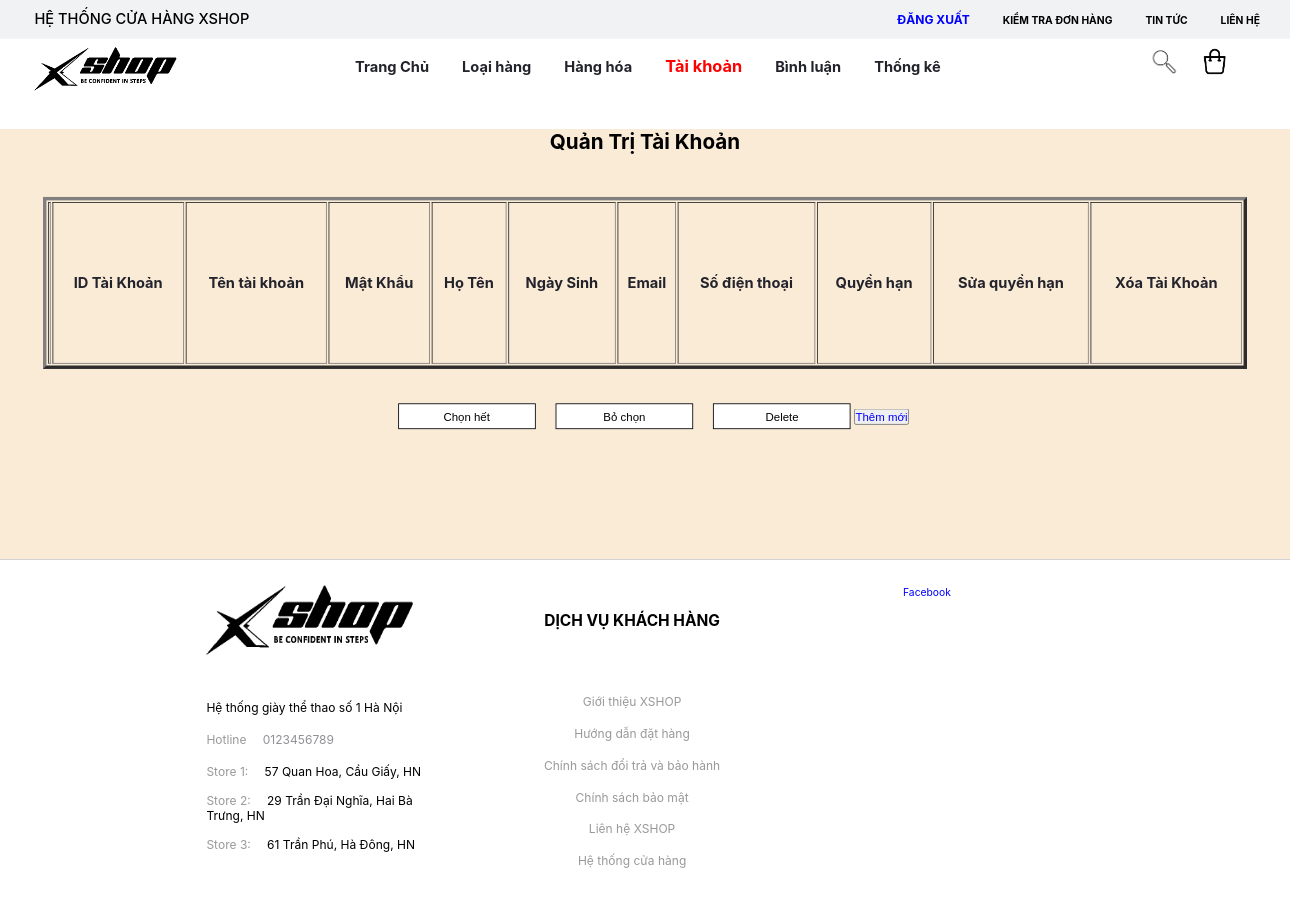
Repository: tienaq123/dam
Page: http://localhost/ass/ad/quantritaikhoan.php
An editor plug-in stored every save of this project. The page is shown before and after the next save, followed by the edit.
The browser window is 1280 px wide. The page is 1500 px wide, so the pictures cover 1500 px, including what lies to the right of the window. The pictures show the whole page, at 86% of full size.
The page is run by PHP 8.4 with error messages shown; the project is at /var/www/html/. Queries for data that is not in the repository find no rows.

Above is the page before, as saved 2021-10-22 05:21:55.

### ad/quantritaikhoan.php
<!DOCTYPE html>
<html lang="en">

<head>
    <meta charset="UTF-8">
    <meta http-equiv="X-UA-Compatible" content="IE=edge">
    <meta name="viewport" content="width=device-width, initial-scale=1.0">
    <title>Quản trị danh mục</title>
    <link rel="stylesheet" href="../css/qttk.css">
</head>

<body>
    <div id="wapper">

        <div id="topbar">
            <a href="#">
                <h2> HỆ THỐNG CỬA HÀNG XSHOP</h2>
            </a>
            <ul>
                <li><a class="active" style="color:blue; font-size: 14px;" href="../logout.php">ĐĂNG XUẤT</a></li>
                <li><a href="product.php">KIỂM TRA ĐƠN HÀNG</a></li>
                <li><a href="product.php">TIN TỨC</a></li>
                <li><a href="product.php">LIÊN HỆ</a></li>
            </ul>
        </div>
        <header id="header">
            <div id="logo">
                <a href="http://localhost/ass/"> <img src="../img/logo.png" alt="Logo"></a>
            </div>
            <div class="menu">
                <ul>
                    <li><a href="../home.php">Trang Chủ</a></li>
                    <li><a href="quantridanhmuc.php">Loại hàng</a></li>
                    <li><a href="quantrisanpham.php">Hàng hóa</a></li>
                    <li><a href="quantritaikhoan.php" style="color: red; font-size: 19px;">Tài khoản</a></li>
                    <li><a href="quantritaikhoan.php">Bình luận</a></li>
                    <li><a href="quantritaikhoan.php">Thống kê</a></li>
                    <div id="nav">
                        <a href="product.php"> <img src="../img/search.png" alt=""></a>
                        <a href="product.php"><img src="../img/giohang.png" alt=""></a>
                    </div>
                </ul>

            </div>

        </header>

        <!-- END HEADER -->

        <main>
            <h1>Quản Trị Tài Khoản</h1>
            <table border="4" style="text-align: center; margin: 50px 0 0 50px; min-width: 1400px;">
                <tr style="font-size: 17px; color:#23232c; font-weight:bold; margin:10px; min-width: 120px;">
                    <td></td>
                    <td>ID Tài Khoản</td>
                    <td>Tên tài khoản</td>
                    <td>Mật Khẩu</td>
                    <td>Họ Tên</td>
                    <td>Ngày Sinh</td>
                    <td>Email</td>
                    <td>Số điện thoại</td>
                    <td>Quyền hạn</td>
                    <td>Sửa quyền hạn</td>
                    <td>Xóa Tài Khoản</td>
                </tr>
                <?php
                include '../db.php';
                $sql = "select * from taikhoan";
                $kq = $conn->query($sql);
                foreach ($kq as $key => $rows) {
                ?>

                    <tr>
                    <td><input type='checkbox' name='name[]' id='check_all' value='' /></td>
                        <td style="font-weight: bold;"><?php echo $rows['id_tk'] ?></td>
                        <td><?php echo $rows['user'] ?></td>
                        <td><?php echo $rows['pass'] ?></td>
                        <td><?php echo $rows['hoten'] ?></td>
                        <td><?php echo $rows['namsinh'] ?></td>
                        <td><?php echo $rows['email'] ?></td>
                        <td><?php echo $rows['sdt'] ?></td>
                        <td><?php if ($rows['phanquyen'] == 1) {
                                echo "ADMIN";
                            } else {
                                echo "USER";
                            }
                            ?></td>
                        <td><a href="suataikhoan.php?masua=<?php echo $rows['id_tk'] ?>">Sửa quyền hạn</a></td>
                        <td><a onclick="return confirm('Bạn có muốn xóa tài khoản không!')" href="xoataikhoan.php?maxoa=<?php echo $rows['id_tk'] ?>">Xóa</a></td>
                    </tr>
                <?php }
                ?>
            </table>
            <input style="background-color: #fff; width: 160px; height: 30px; margin:40px 0px 20px 20px; border: 1px solid #000; cursor:pointer;" type="button" id="btn1" value="Chọn hết" />
            <input style="background-color: #fff; width: 160px; height: 30px; margin:40px 0px 20px 20px; border: 1px solid #000; cursor:pointer;" type="button" id="btn2" value="Bỏ chọn" />
            <input style="background-color: #fff; width: 160px; height: 30px; margin:40px 0px 20px 20px; border: 1px solid #000; cursor:pointer;" type="button" id="btn" value="Delete" />
            <button><a href="dangky.php">Thêm mới</a></button>
            <script language="javascript">
                // Chức năng chọn hết
                document.getElementById("btn1").onclick = function() {
                    // Lấy danh sách checkbox
                    var checkboxes = document.getElementsByName('name[]');

                    // Lặp và thiết lập checked
                    for (var i = 0; i < checkboxes.length; i++) {
                        checkboxes[i].checked = true;
                    }
                };

                // Chức năng bỏ chọn hết
                document.getElementById("btn2").onclick = function() {
                    // Lấy danh sách checkbox
                    var checkboxes = document.getElementsByName('name[]');

                    // Lặp và thiết lập Uncheck
                    for (var i = 0; i < checkboxes.length; i++) {
                        checkboxes[i].checked = false;
                    }
                };
            </script>
        </main>

        <!-- END MAIN -->

        <footer id="footer">
            <div id="logo_footer">
                <a href="#"><img src="../img/logo.png" alt=""></a>
                <p>Hệ thống giày thể thao số 1 Hà Nội</p>
                <p class="hotline"><span>Hotline</span> <a href="#">0123456789</a></p>
                <p><span>Store 1:</span> 57 Quan Hoa, Cầu Giấy, HN <br> <br> <span>Store 2:</span> 29 Trần Đại Nghĩa,
                    Hai Bà Trưng, HN <br> <br><span>Store 3:</span> 61
                    Trần Phú, Hà Đông, HN <br> <br> </p>
            </div>
            <div id="dichvu">
                <h2>DỊCH VỤ KHÁCH HÀNG</h2>
                <p><a href="#">Giới thiệu XSHOP</a> <br> </p>
                <p><a href="#">Hướng dẫn đặt hàng</a> <br> </p>
                <p><a href="#">Chính sách đổi trả và bảo hành</a> <br> </p>
                <p><a href="#">Chính sách bảo mật</a> <br> </p>
                <p><a href="#">Liên hệ XSHOP</a> <br> </p>
                <p><a href="#">Hệ thống cửa hàng</a></p>
            </div>

            <div id="facebook">
                <div id="fb-root"></div>
                <script async defer crossorigin="anonymous" src="https://connect.facebook.net/vi_VN/sdk.js#xfbml=1&version=v10.0&appId=256623368880552&autoLogAppEvents=1" nonce="aj8H3wq8"></script>
                <div class="fb-page" data-href="https://www.facebook.com/facebook" data-tabs="timeline" data-width="250" data-height="300" data-small-header="false" data-adapt-container-width="true" data-hide-cover="false" data-show-facepile="true">
                    <blockquote cite="https://www.facebook.com/facebook" class="fb-xfbml-parse-ignore"><a href="https://www.facebook.com/facebook">Facebook</a></blockquote>
                </div>
            </div>
        </footer>
    </div>
</body>

</html>

### db.php
<?php
    try {
        $conn=new PDO("mysql:host=localhost; dbname=dam;charset=utf8", "root", "");
    } catch (PDOException $e) {
        echo "Lỗi kết nối";
    }

### css/qttk.css
* {
    margin: 0;
    padding: 0;
}

body {
    font-family: -apple-system, BlinkMacSystemFont, 'Segoe UI', Roboto, Oxygen, Ubuntu, Cantarell, 'Open Sans', 'Helvetica Neue', sans-serif;
    font-size: 12px;
}

a {
    text-decoration: none;
    color: blue;
    list-style: none;
}



img {
    border: 0px;
}

header,
nav,
section,
aside,
article,
footer,
figure {
    display: block;
}

/* code page */

#wapper {
    width: 1500px;
    margin: auto;
    ;
    overflow: hidden;
}

#topbar {
    width: 1500px;
    height: 45px;
    background-color: #f1f2f4;
    float: left;
}

#topbar h2 {
    font-size: 17px;
    font-weight: 500;
    line-height: 45px;
    margin-left: 40px;
    color: #000;
    float: left;
}

#topbar ul {
    float: right;
}

#topbar ul li {
    display: inline-block;
    line-height: 45px;
    margin-right: 35px;
}

#topbar ul li a {
    color: #000;
    font-weight: bolder;
}

#topbar ul li a:hover {
    color: #775454;
}

#topbar ul li .active {
    color: cornflowerblue;
    font-size: 14px;
}

#header {
    width: 100%;
    height: 100px;
    background-color: #ffffff;
    padding: 10px 0 40px 0;
}

#header #logo img {
    float: left;
    width: 165px;
    height: 50px;
    color: #000;
    margin: 10px 0 0 40px;
}

#header .menu ul {
    text-align: center;
    margin-right: 50px;
    line-height: 66px;
}

#header .menu ul li {
    display: inline-block;
    margin-right: 35px;
}

#header .menu ul li a {
    font-size: 17px;
    font-weight: bold;
    color: #23232c;
}

#header .menu ul li a:hover {
    color: red;
}

#nav {
    float: right;
    line-height: 80px;
}

#nav img {
    width: 35px;
    height: 35px;
    margin-right: 20px;
}

main {
    text-align: center;
    min-height: 500px;
    background: antiquewhite;
}

main table {
    width: 700px;
    height: 150px;
    margin-left: 200px;
    margin-top: 20px;
}

main .dong1{
    padding: 0 6px 0 6px;
    min-width: 120px;
}


main>a {
    font-size: 19px;
    margin-top: 20px;
}

#footer {
    width: 1500px;
    border-top: 1px solid #ccc;
    display: grid;
    grid-template-columns: 1fr 1fr 1fr;
}

#footer #logo_footer {
    float: left;
}

#footer #logo_footer img {
    width: 240px;
    height: 80px;
    margin: 30px 0 30px 240px;
}

#footer #logo_footer a {
    color: #909097;
}

#footer #logo_footer span {
    color: #999999;
    margin-right: 15px;
}

#footer #logo_footer p {
    font-size: 14px;
    margin: 20px 0 20px 240px;
}

#footer #dichvu {
    text-align: center;
    margin: 60px 30px 40px 0;
}

#footer #dichvu h2 {
    margin-bottom: 75px;
}

#footer #dichvu p {
    margin-bottom: 20px;
}

#footer #dichvu p a {
    font-size: 14px;
    color: #999999;
}

#footer #facebook {
    margin: 30px 0 0 50px;
}* {
    margin: 0;
    padding: 0;
}

body {
    font-family: -apple-system, BlinkMacSystemFont, 'Segoe UI', Roboto, Oxygen, Ubuntu, Cantarell, 'Open Sans', 'Helvetica Neue', sans-serif;
    font-size: 12px;
}

a {
    text-decoration: none;
    color: blue;
    list-style: none;
}



img {
    border: 0px;
}

header,
nav,
section,
aside,
article,
footer,
figure {
    display: block;
}

/* code page */

#wapper {
    width: 1500px;
    margin: auto;
    ;
    overflow: hidden;
}

#topbar {
    width: 1500px;
    height: 45px;
    background-color: #f1f2f4;
    float: left;
}

#topbar h2 {
    font-size: 17px;
    font-weight: 500;
    line-height: 45px;
    margin-left: 40px;
    color: #000;
    float: left;
}

#topbar ul {
    float: right;
}

#topbar ul li {
    display: inline-block;
    line-height: 45px;
    margin-right: 35px;
}

#topbar ul li a {
    color: #000;
    font-weight: bolder;
}

#topbar ul li a:hover {
    color: #775454;
}

#topbar ul li .active {
    color: cornflowerblue;
    font-size: 14px;
}

#header {
    width: 100%;
    height: 100px;
    background-color: #ffffff;
    padding: 10px 0 40px 0;
}

#header #logo img {
    float: left;
    width: 165px;
    height: 50px;
    color: #000;
    margin: 10px 0 0 40px;
}

#header .menu ul {
    text-align: center;
    margin-right: 50px;
    line-height: 66px;
}

#header .menu ul li {
    display: inline-block;
    margin-right: 35px;
}

#header .menu ul li a {
    font-size: 17px;
    font-weight: bold;
    color: #23232c;
}

#header .menu ul li a:hover {
    color: red;
}

#nav {
    float: right;
    line-height: 80px;
}

#nav img {
    width: 35px;
    height: 35px;
    margin-right: 20px;
}

main {
    text-align: center;
    min-height: 500px;
    background: antiquewhite;
}

main table {
    width: auto;
    min-height: 200px;
    margin-left: 300px;
    margin-top: 20px;
}


main>a {
    font-size: 19px;
    margin-top: 20px;
}

#footer {
    width: 1500px;
    border-top: 1px solid #ccc;
    display: grid;
    grid-template-columns: 1fr 1fr 1fr;
}

#footer #logo_footer {
    float: left;
}

#footer #logo_footer img {
    width: 240px;
    height: 80px;
    margin: 30px 0 30px 240px;
}

#footer #logo_footer a {
    color: #909097;
}

#footer #logo_footer span {
    color: #999999;
    margin-right: 15px;
}

#footer #logo_footer p {
    font-size: 14px;
    margin: 20px 0 20px 240px;
}

#footer #dichvu {
    text-align: center;
    margin: 60px 30px 40px 0;
}

#footer #dichvu h2 {
    margin-bottom: 75px;
}

#footer #dichvu p {
    margin-bottom: 20px;
}

#footer #dichvu p a {
    font-size: 14px;
    color: #999999;
}

#footer #facebook {
    margin: 30px 0 0 50px;
}

After the next save:
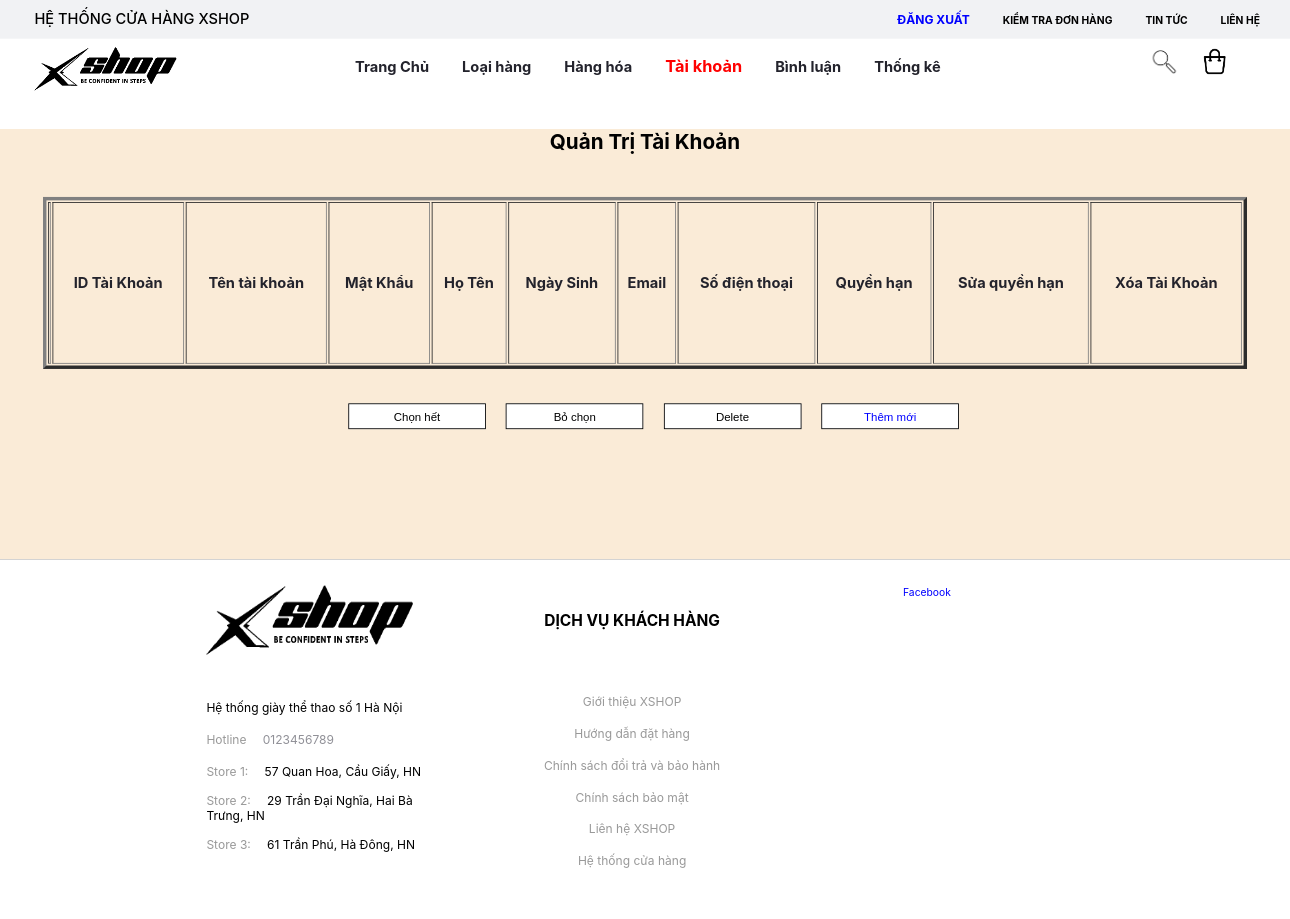
Saved 39 s later.
--- a/ad/quantritaikhoan.php
+++ b/ad/quantritaikhoan.php
@@ -94,7 +94,7 @@
             <input style="background-color: #fff; width: 160px; height: 30px; margin:40px 0px 20px 20px; border: 1px solid #000; cursor:pointer;" type="button" id="btn1" value="Chọn hết" />
             <input style="background-color: #fff; width: 160px; height: 30px; margin:40px 0px 20px 20px; border: 1px solid #000; cursor:pointer;" type="button" id="btn2" value="Bỏ chọn" />
             <input style="background-color: #fff; width: 160px; height: 30px; margin:40px 0px 20px 20px; border: 1px solid #000; cursor:pointer;" type="button" id="btn" value="Delete" />
-            <button><a href="dangky.php">Thêm mới</a></button>
+            <button style="background-color: #fff; width: 160px; height: 30px; margin:40px 0px 20px 20px; border: 1px solid #000; cursor:pointer;"><a href="dangky.php">Thêm mới</a></button>
             <script language="javascript">
                 // Chức năng chọn hết
                 document.getElementById("btn1").onclick = function() {
